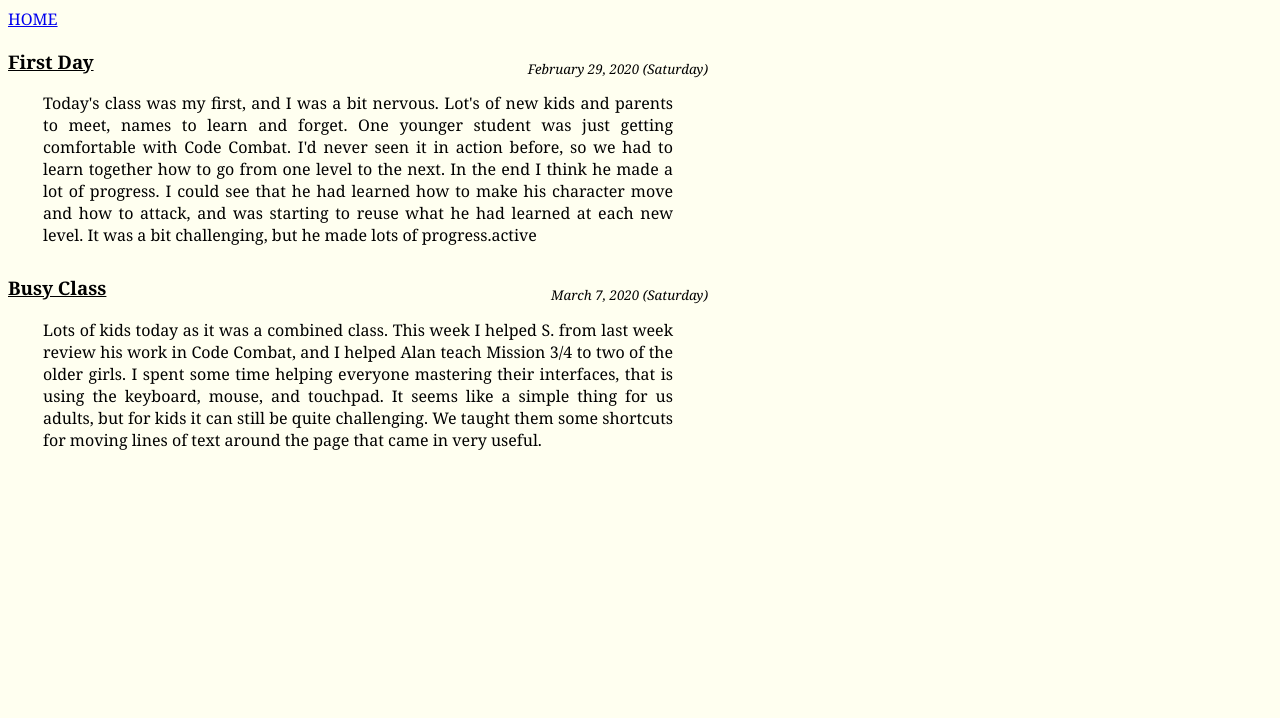
Repository: chocochocosensei/Mission-Exercises
Page: Page1/index.html
The author's editor kept a copy of each file at every save. The page is drawn from the files as they stood at one save, then again after the next save.
The browser window is 1280 px wide. The pictures show the whole page.

Above is the page before, as saved 2020-03-11 04:22:51.

### Page1/index.html
<!doctype html>
<html>

<head>
    <meta charset="utf-8">
    <link rel="stylesheet" href="../style.css">
    <title>Mission Exercises March</title>
</head>

<body>
    <section>
        <div class="nav-bar"><a href="../index.html">HOME</a></div>
    </section>

    <section>
        <div class="section-title">
            <h2 id="entry-date-for-2020-02-29">February 29, 2020 (Saturday)</h2>
        </div>
        <div class="section-activity">
            <div class="card">
                <div class="title">
                    <h3 id="entry-title-for-2020-02-29">First Day</h3>
                </div>
                <div class="content">
                    <p>Today's class was my first, and I was a bit nervous. Lot's of new kids and parents to meet, names to learn and forget. One younger student was just getting comfortable with Code Combat. I'd never seen it in action before, so we had
                        to learn together how to go from one level to the next. In the end I think he made a lot of progress. I could see that he had learned how to make his character move and how to attack, and was starting to reuse what he had learned
                        at each new level. It was a bit challenging, but he made lots of progress.active</p>
                </div>
            </div>

            <div class="card class-hours hidden">
                <div class="title">
                    <h3 id="hours-for-2020-02-29">Hours for February 29, 2020</h3>
                </div>
                <div class="content">
                    <p>Class: 10:30-12:30</p>
                    <p>Hours: 2</p>
                </div>

            </div>
        </div>
    </section>

    <section>
        <div class="section-title">
            <h2 id="entry-date-for-2020-03-07">March 7, 2020 (Saturday)</h2>
        </div>
        <div class="section-activity">
            <div class="card">
                <div class="title">
                    <h3 id="entry-title-for-2020-03-07">Busy Class</h3>
                </div>
                <div class="content">
                    <p>Lots of kids today as it was a combined class. This week I helped S. from last week review his work in Code Combat, and I helped Alan teach Mission 3/4 to two of the older girls. I spent some time helping everyone mastering their interfaces,
                        that is using the keyboard, mouse, and touchpad. It seems like a simple thing for us adults, but for kids it can still be quite challenging. We taught them some shortcuts for moving lines of text around the page that came in very
                        useful.
                    </p>
                </div>
            </div>

            <div class="card class-hours hidden">
                <div class="title">
                    <h3 id="hours-for-2020-02-29">Hours for March 7, 2020</h3>
                </div>
                <div class="content">
                    <p>Class: 10:30-12:30</p>
                    <p>Hours: 2</p>
                </div>

            </div>
        </div>
    </section>
</body>

### style.css
body {
    background-color: ivory;
    font-family: Cambria, Cochin, Georgia, Times, 'Times New Roman', serif;
    max-width: 700px;
}

*.hidden {
    display: none;
}

.section-title {
    border: 10pt red;
    z-index: 100;
}

.section-title h2 {
    font-size: smaller;
    text-align: right;
    float: right;
    width: auto;
    font-weight: lighter;
    font-style: italic;
}

.section-activity {
    padding-bottom: 10px;
}

,
.section-activity .card .title {
    margin-top: 100pt;
}

.section-activity .content p {
    margin: 0 5%;
    text-align: justify;
}

.title {
    font-weight: bold;
    text-decoration: underline;
}

After the next save:
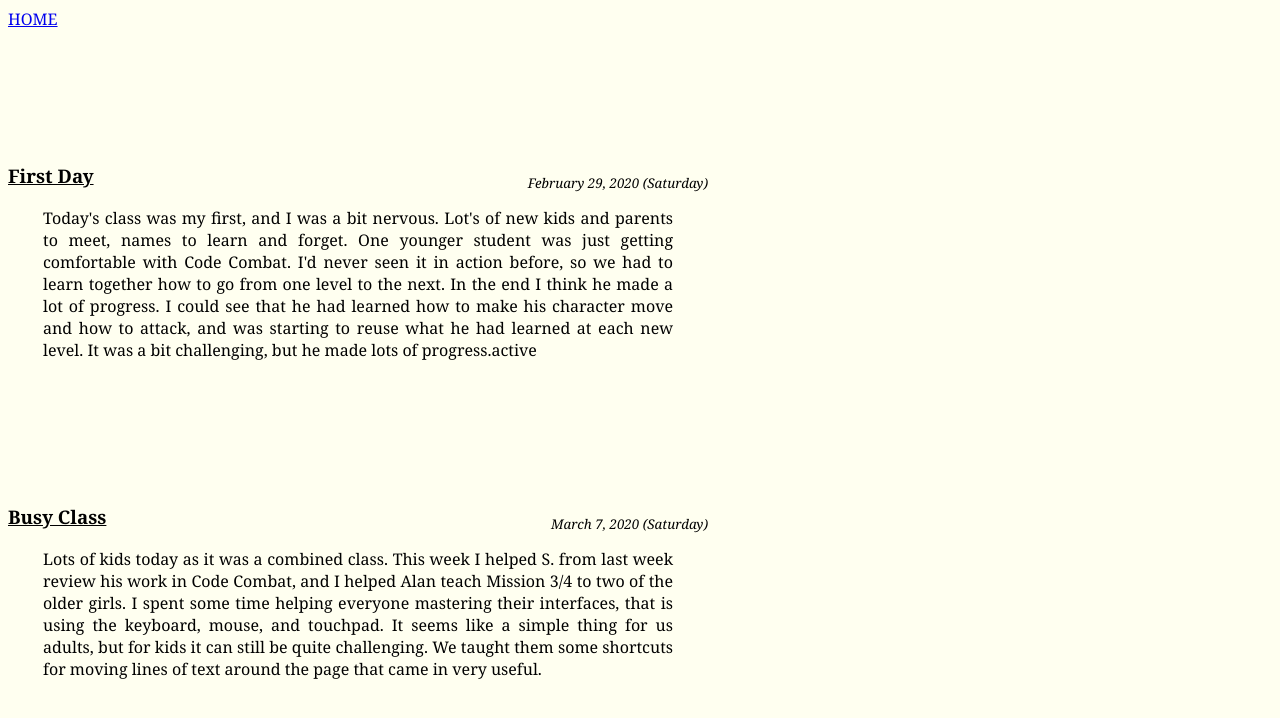
Saved 58 s later.
--- a/style.css
+++ b/style.css
@@ -26,7 +26,6 @@ body {
     padding-bottom: 10px;
 }
 
-,
 .section-activity .card .title {
     margin-top: 100pt;
 }
